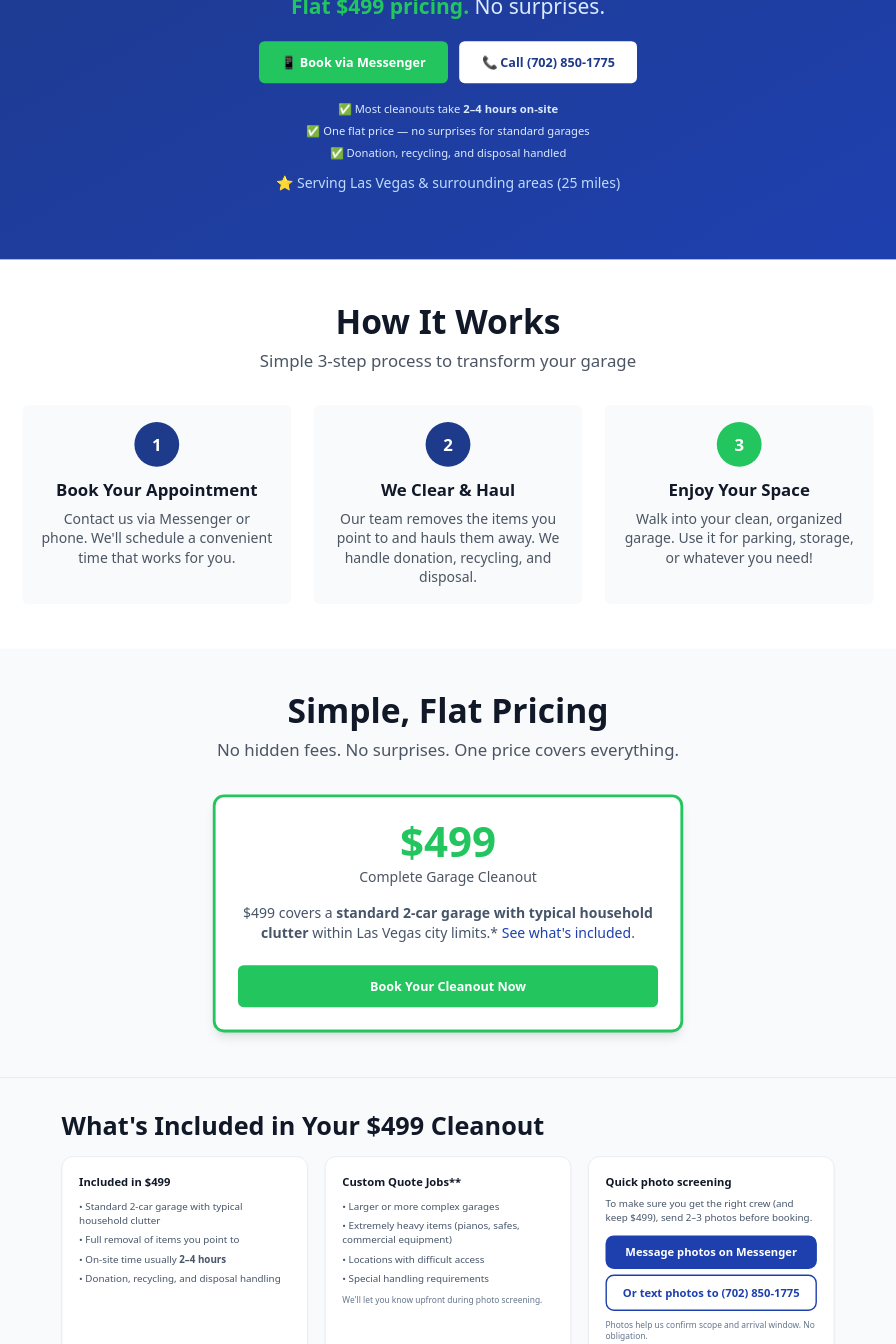
Repository: nikwhite1169/garagegone
Page: index.html
The author's editor kept a copy of each file at every save. The page is drawn from the files as they stood at one save, then again after the next save.
The browser window is 1280 px wide. The pictures show the part of the page from y = 417 to 2337 px (the page is 5753 px tall before and 5637 px after), at 70% of full size.
Some web libraries are served in a nearby version.

Above is the page before, as saved 2025-09-16 00:44:59.

After the next save:
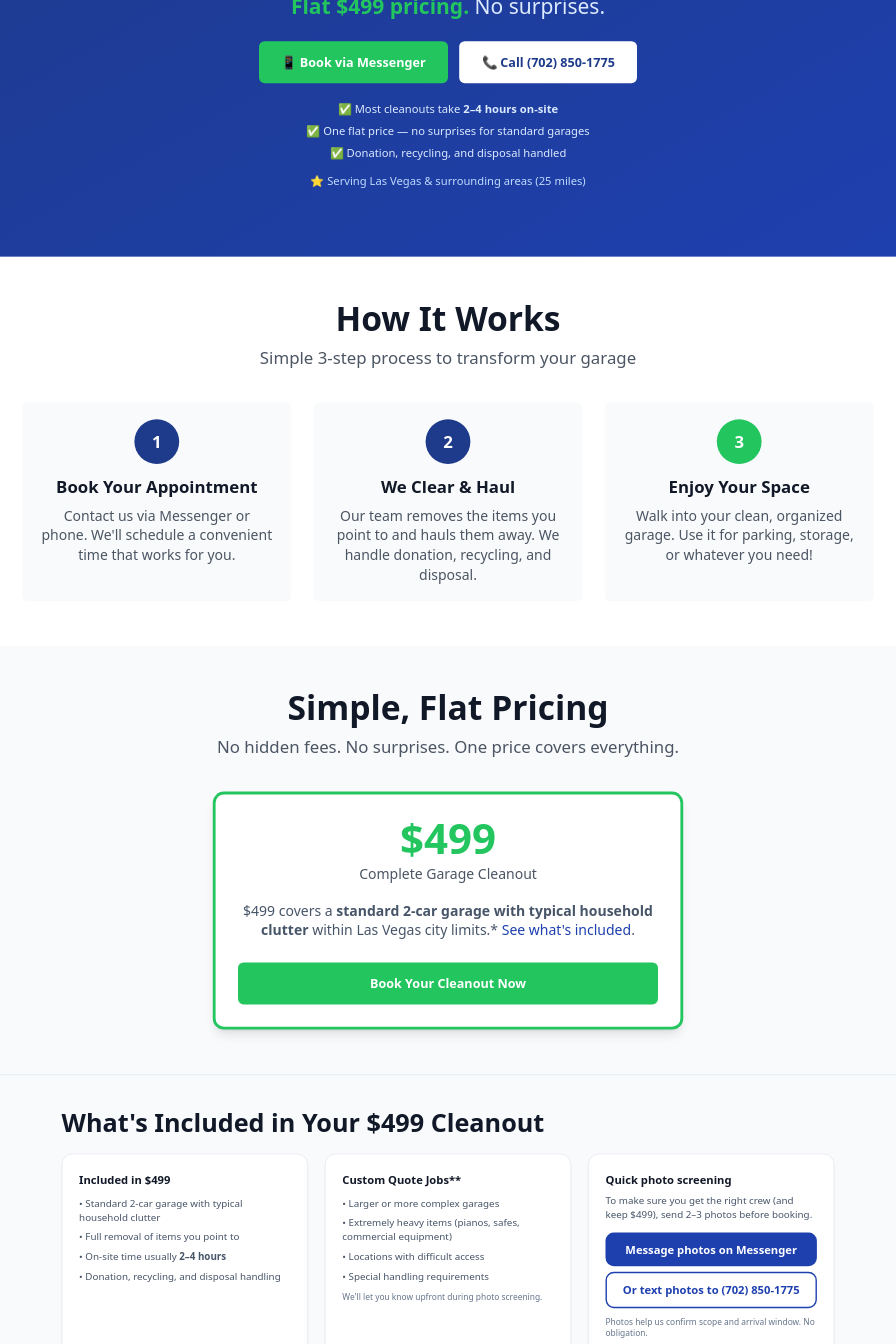
Saved 2 min 15 s later.
--- a/index.html
+++ b/index.html
@@ -100,20 +100,6 @@
             scroll-behavior: smooth;
         }
 
-        /* Set a larger base font size for paragraphs */
-        p {
-           font-size: 1.125rem; /* 18px */
-           line-height: 1.75rem; /* 28px */
-        }
-
-        /* Increase font size even more on desktop */
-        @media (min-width: 768px) {
-           p {
-               font-size: 1.25rem; /* 20px */
-               line-height: 1.75rem; /* 28px */
-           }
-        }
-
         /* Custom animations */
         @keyframes fadeInUp {
             from {
